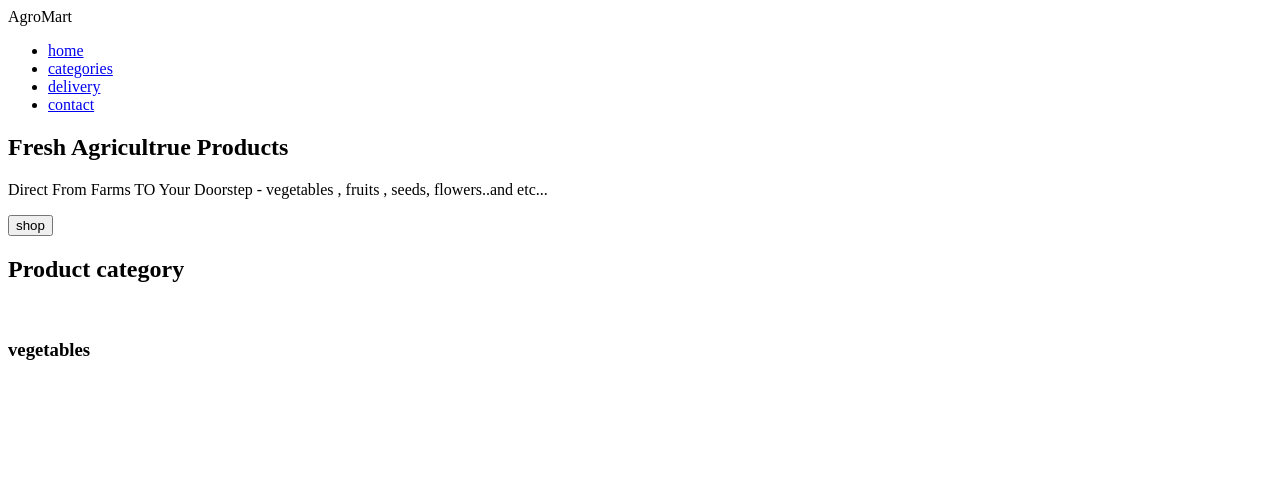
Repository: wingming07/Agro_mart
Page: index.html
An editor plug-in stored every save of this project. The page is shown before and after a run of saves, followed by the edit.
The browser window is 1280 px wide. The pictures show the whole page.

Above is the page before, as saved 2025-06-09 14:36:02.

### index.html
<!DOCTYPE html>
<html lang="en">
<head>
    <meta charset="UTF-8">
    <meta name="viewport" content="width=device-width, initial-scale=1.0">
    <title>AgroMart- fresh from garden</title>
</head>
<body>
    <header>
        <nav class="navbar">
            <div class="logo">AgroMart</div>
                <ul class="nav-links">
                    <li><a href="#home">home</a></li>
                        <li><a href="#categories">categories</a></li>
                            <li><a href="#delivery">delivery</a></li>
                                <li><a href="#contact">contact</a></li>
                </ul>
        </nav>
    </header>
    <section id="home" class="hero">
        <div class="hero-content">
            <h1>Fresh Agricultrue Products</h1>
            <p>Direct From Farms TO Your Doorstep - vegetables , fruits , seeds, flowers..and etc...</p>
            <button type="button" onclick="scrollToSection('categories')">shop</button>
            </div>
        </section>
        <section id="categories" class="categories">
            <h2>Product category</h2>
            <div class="category-container">
                <div class="category-card">
                    <img src="" alt=""/>
                    <h3>vegetables<h3>
                </div>
            </div>
    </body>
</html>

After the next 2 saves:
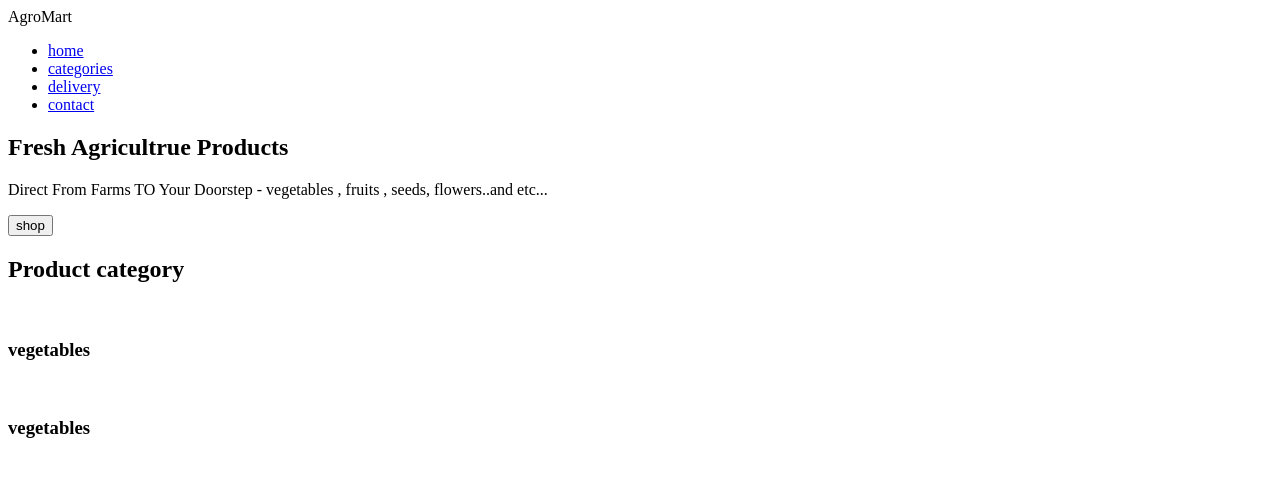
The 2 saves are shown as one change because they came seconds apart.
The last was saved 2 min 9 s later.
--- a/index.html
+++ b/index.html
@@ -31,6 +31,11 @@
                     <img src="" alt=""/>
                     <h3>vegetables<h3>
                 </div>
+                <div class="category-card">
+                    <img src="" alt=""/>
+                    <h3>vegetables<h3>
+                </div>
+
             </div>
     </body>
 </html>
